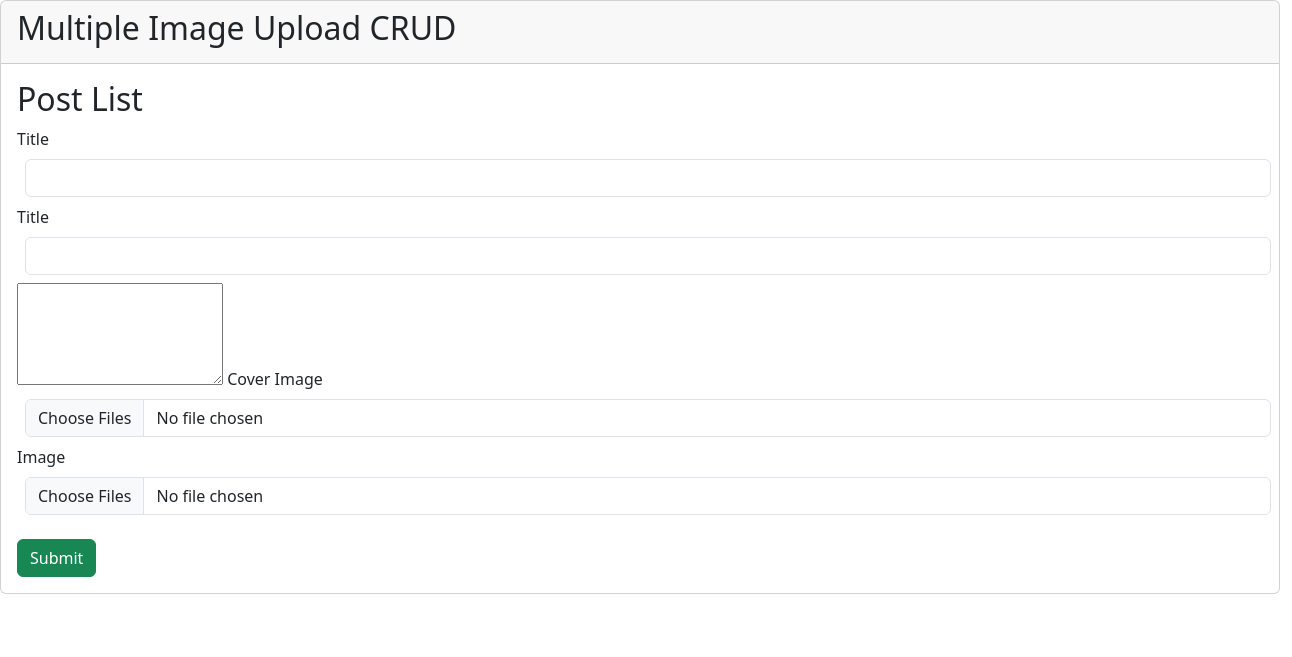
Repository: rkrukshan/Multiple-Image-Upload
Page: http://localhost/create
The author's editor kept a copy of each file at every save. The page is drawn from the files as they stood at one save, then again after the next save.
The browser window is 1280 px wide. The page is 1292 px wide, so the pictures cover 1292 px, including what lies to the right of the window. The pictures show the whole page.
The page is served by the project's Laravel application, run on PHP 8.4 with Laravel 10. Other server files are loaded and not shown.

Above is the page before, as saved 2023-11-06 14:45:38.

### app/Providers/AppServiceProvider.php
<?php

namespace App\Providers;

use Illuminate\Support\Facades\Schema;
use Illuminate\Support\ServiceProvider;

class AppServiceProvider extends ServiceProvider
{
    /**
     * Register any application services.
     */
    public function register(): void
    {
        //
    }

    /**
     * Bootstrap any application services.
     */
    public function boot(): void
    {
       Schema::defaultStringLength(191);
    }
}

### routes/web.php
<?php

use App\Http\Controllers\PostController;
use Illuminate\Support\Facades\Route;

/*
|--------------------------------------------------------------------------
| Web Routes
|--------------------------------------------------------------------------
|
| Here is where you can register web routes for your application. These
| routes are loaded by the RouteServiceProvider and all of them will
| be assigned to the "web" middleware group. Make something great!
|
*/

// Route::get('/', function () {
//     return view('welcome');
// });



Route::get('/', [PostController::class, 'index'])->name('album.index');
Route::get('/create', [PostController::class, 'create'])->name('album.create');

### app/Http/Controllers/PostController.php
<?php

namespace App\Http\Controllers;

use Illuminate\Http\Request;

class PostController extends Controller
{
    /**
     * Display a listing of the resource.
     */
    public function index()
    {
        return view('album.index');
    }

    /**
     * Show the form for creating a new resource.
     */
    public function create()
    {
        return view('album.create');
    }

    /**
     * Store a newly created resource in storage.
     */
    public function store(Request $request)
    {

    }

    /**
     * Display the specified resource.
     */
    public function show(string $id)
    {
        //
    }

    /**
     * Show the form for editing the specified resource.
     */
    public function edit(string $id)
    {
        //
    }

    /**
     * Update the specified resource in storage.
     */
    public function update(Request $request, string $id)
    {
        //
    }

    /**
     * Remove the specified resource from storage.
     */
    public function destroy(string $id)
    {
        //
    }
}

### resources/views/album/create.blade.php
<!doctype html>
<html lang="en">
  <head>
    <meta charset="utf-8">
    <meta name="viewport" content="width=device-width, initial-scale=1">
    <title>Bootstrap demo</title>
    <link href="https://cdn.jsdelivr.net/npm/bootstrap@5.3.2/dist/css/bootstrap.min.css" rel="stylesheet" integrity="sha384-T3c6CoIi6uLrA9TneNEoa7RxnatzjcDSCmG1MXxSR1GAsXEV/Dwwykc2MPK8M2HN" crossorigin="anonymous">
  </head>
  <body>
    <div class="row">
        <div class="col-12">
            <div class="card">
                <div class="card-header">
                    <h2>Multiple Image Upload CRUD</h2>
                </div>
                <div class="card-body">
                    <h2>Post List</h2>
                   <form action="" method="post" enctype="multipart/form-data">
                    @csrf
                    <label for="title">Title</label>
                    <input type="text" name="title" class="form-control m-2">
                    <label for="title">Title</label>
                    <input type="text" name="author" class="form-control m-2">
                    <textarea name="body" id="body" cols="20" rows="4"></textarea>
                    <label for="m-2">Cover Image</label>
                    <input type="file" id="input-file-now-custom-3" class="form-control m-2" name="images[]" multiple>
                    <label for="m-2">Image</label>
                    <input type="file" id="input-file-now-custom-3" class="form-control m-2" name="images[]" multiple>
                    <button type="submit" class="btn btn-success mt-3">Submit</button>
                </form>
                </div>
            </div>
        </div>
    </div>
        <script src="https://cdn.jsdelivr.net/npm/bootstrap@5.3.2/dist/js/bootstrap.bundle.min.js" integrity="sha384-C6RzsynM9kWDrMNeT87bh95OGNyZPhcTNXj1NW7RuBCsyN/o0jlpcV8Qyq46cDfL" crossorigin="anonymous"></script>
  </body>
</html>

Loaded but not shown: app/Http/Controllers/Controller.php (common file)

After the next save:
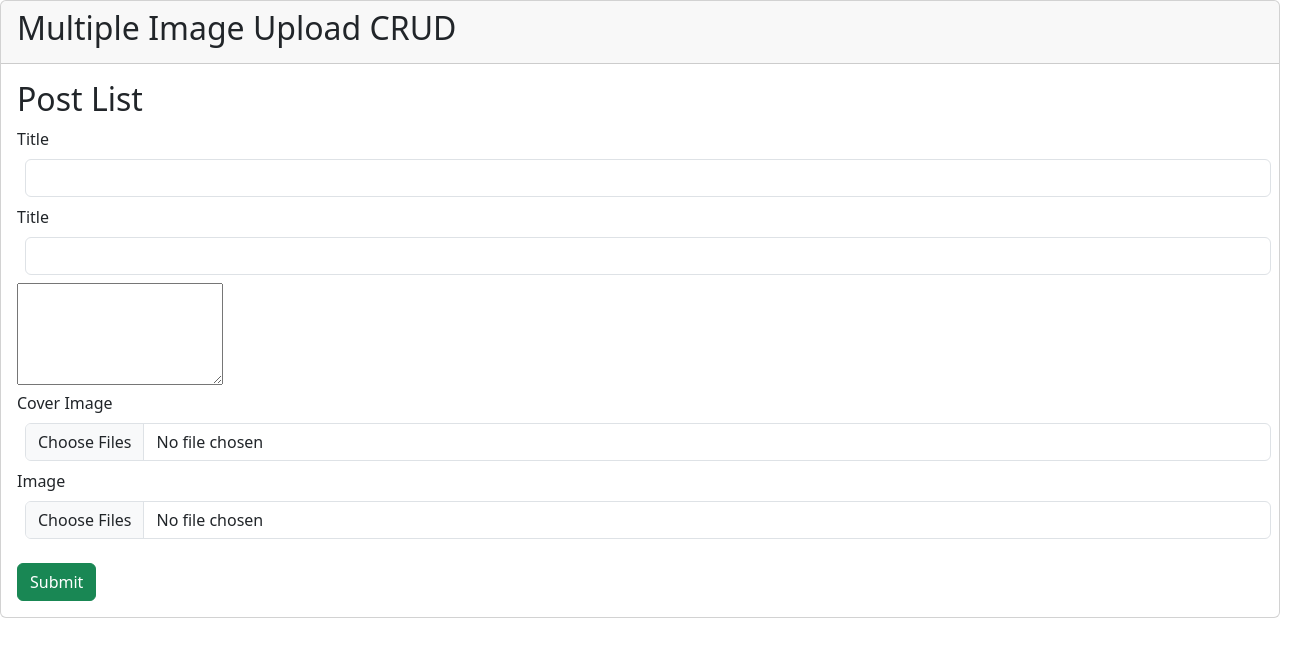
Saved 5 s later.
--- a/resources/views/album/create.blade.php
+++ b/resources/views/album/create.blade.php
@@ -21,7 +21,7 @@
                     <input type="text" name="title" class="form-control m-2">
                     <label for="title">Title</label>
                     <input type="text" name="author" class="form-control m-2">
-                    <textarea name="body" id="body" cols="20" rows="4"></textarea>
+                    <textarea name="body" id="body" cols="20" rows="4"></textarea><br>
                     <label for="m-2">Cover Image</label>
                     <input type="file" id="input-file-now-custom-3" class="form-control m-2" name="images[]" multiple>
                     <label for="m-2">Image</label>
